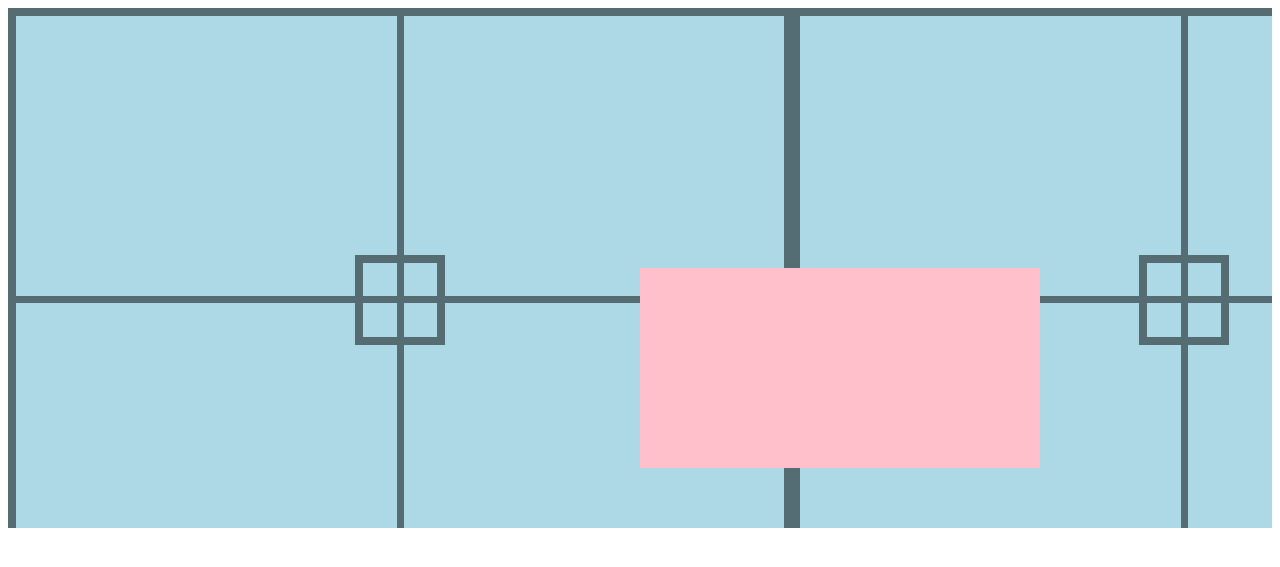
Repository: Codigo404q/html-css
Page: exercicios/ex022/fundo007.html
These files come from the project's save history. The page is drawn as it stood at one moment and after a run of saves; the edit follows.
The browser window is 1280 px wide. The pictures show the whole page.

Above is the page before, as saved 2024-01-06 21:45:13.

### exercicios/ex022/fundo007.html
<!DOCTYPE html>
<html lang="pt-br">
<head>
    <meta charset="UTF-8">
    <meta name="viewport" content="width=device-width, initial-scale=1.0">
    <title>Alinhamento Vertical</title>
    <style>
        #container {
            position: relative;
            height: 500px;
            padding: 10px;
            background-color: lightblue;
            background-image: url(imagens/target001.png);
            background-size: 100;
        }

        #conteudo {
            position: absolute;
            height: 200px;
            width: 400px;
            background-color: pink;


            left: 50%;
            top: 50%;
        }
    </style>
</head>
<body>
    <section id="container">
        <article id="conteudo">

        </article>
    </section>
</body>
</html>

After the next 2 saves:
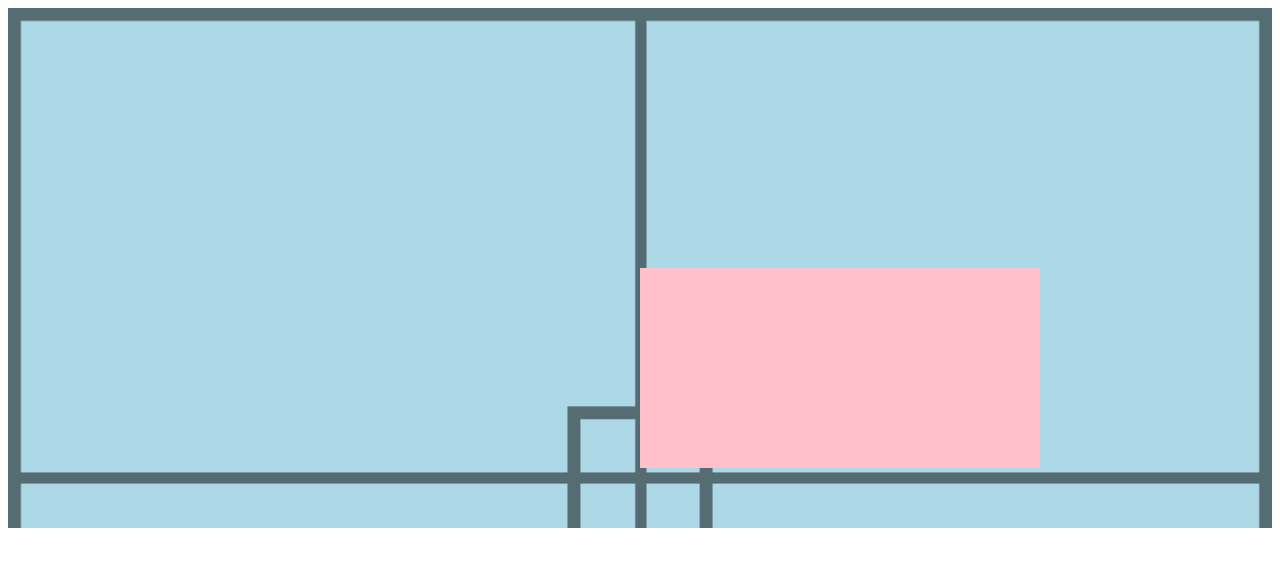
The 2 saves are shown as one change because they came seconds apart.
The last was saved 7 s later.
--- a/exercicios/ex022/fundo007.html
+++ b/exercicios/ex022/fundo007.html
@@ -11,7 +11,7 @@
             padding: 10px;
             background-color: lightblue;
             background-image: url(imagens/target001.png);
-            background-size: 100;
+            background-size: 100% ;
         }
 
         #conteudo {
